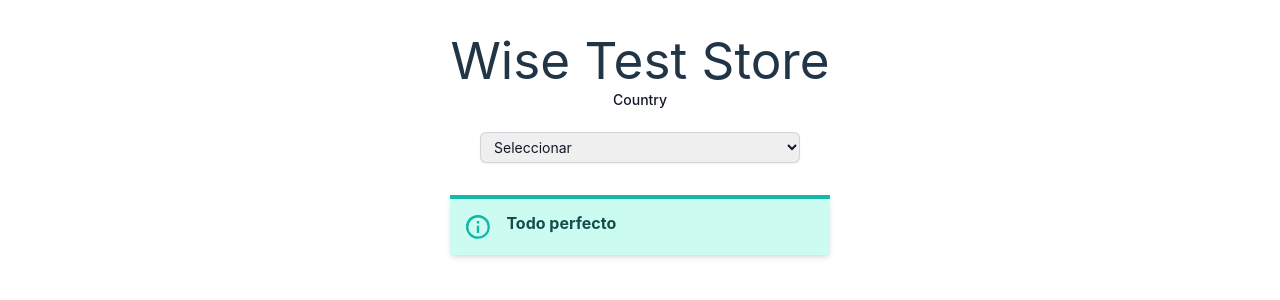
Repository: marianozamora/reactredux-wise
Page: /
These files come from the project's save history. The page is drawn as it stood at one moment and after the next save; the edit follows.
The browser window is 1280 px wide. The pictures show the whole page.
The page's requests for data from a server got no answer. The project was rebuilt for these pictures with package versions that can differ from the ones it lists, and the page was loaded fresh each time. No one was signed in, and anything a server would have sent is missing. Also part of the build but not shown: vite.config.ts.

Above is the page before, as saved 2023-04-08 02:41:27.

After the next save:
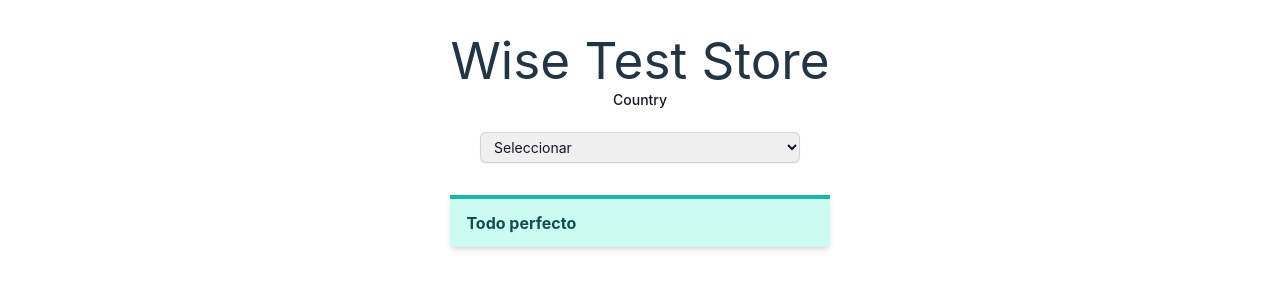
Saved 45 s later.
--- a/src/App.tsx
+++ b/src/App.tsx
@@ -84,7 +84,6 @@ function App() {
 
       <div className="bg-teal-100 border-t-4 border-teal-500 rounded-b text-teal-900 px-4 py-3 shadow-md" role="alert">
         <div className="flex">
-          <div className="py-1"><svg className="fill-current h-6 w-6 text-teal-500 mr-4" xmlns="http://www.w3.org/2000/svg" viewBox="0 0 20 20"><path d="M2.93 17.07A10 10 0 1 1 17.07 2.93 10 10 0 0 1 2.93 17.07zm12.73-1.41A8 8 0 1 0 4.34 4.34a8 8 0 0 0 11.32 11.32zM9 11V9h2v6H9v-4zm0-6h2v2H9V5z"/></svg></div>
           <div>
             <p className="font-bold">Todo perfecto</p>
           </div>
